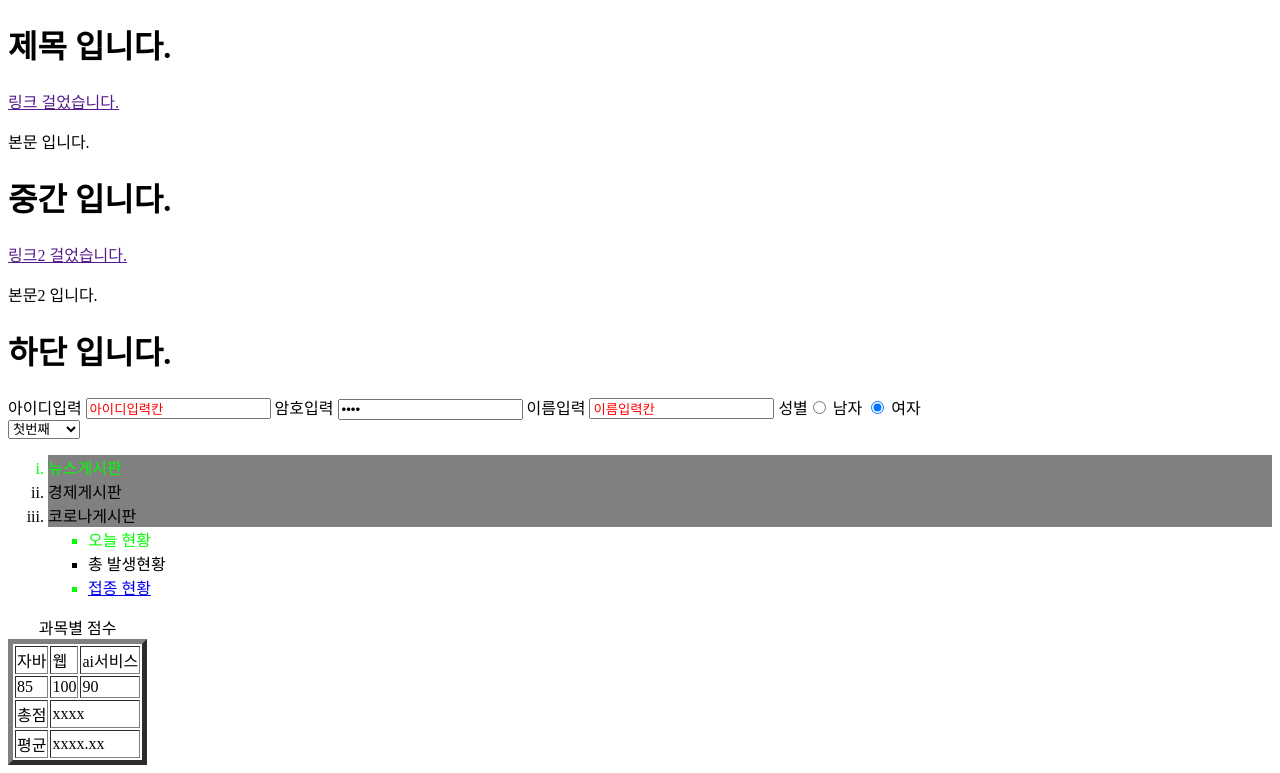
Repository: Pang-Ho/TIL
Page: JavaScript/workspace_web/csstest/WebContent/selector.html
These files come from the project's save history. The page is drawn as it stood at one moment and after the next save; the edit follows.
The browser window is 1280 px wide. The pictures show the whole page.

Above is the page before, as saved 2021-08-20 05:39:27.

After the next save:
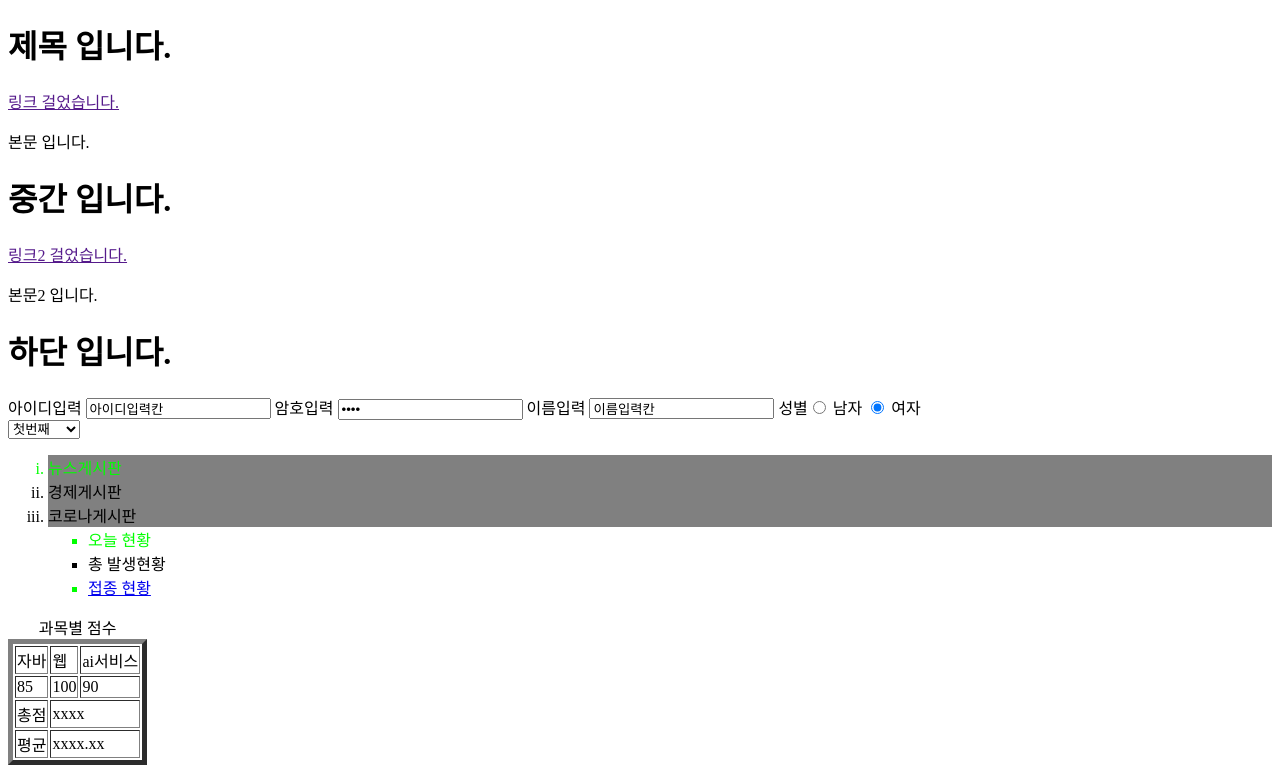
Saved 105 s later.
--- a/JavaScript/workspace_web/csstest/WebContent/selector.html
+++ b/JavaScript/workspace_web/csstest/WebContent/selector.html
@@ -21,8 +21,11 @@
 	/*input type=text인 선택*/
 
 	/*input[type=text] {color:olive;}*/
-	/*input type=t {color : red;} 포함하는 태그*/
-	input[type*=t] {color : red;}
+	/*input type=t {color : red;} t를 포함하는 태그*/
+	/*input[type*=t] {color : red;}* t로 시작하는 타입*/
+
+	/*input type word 끝나는 태그 선택*/
+	input [type$=word] {color:red;}
 
 </style>
 </head>

After the 3 saves that followed:
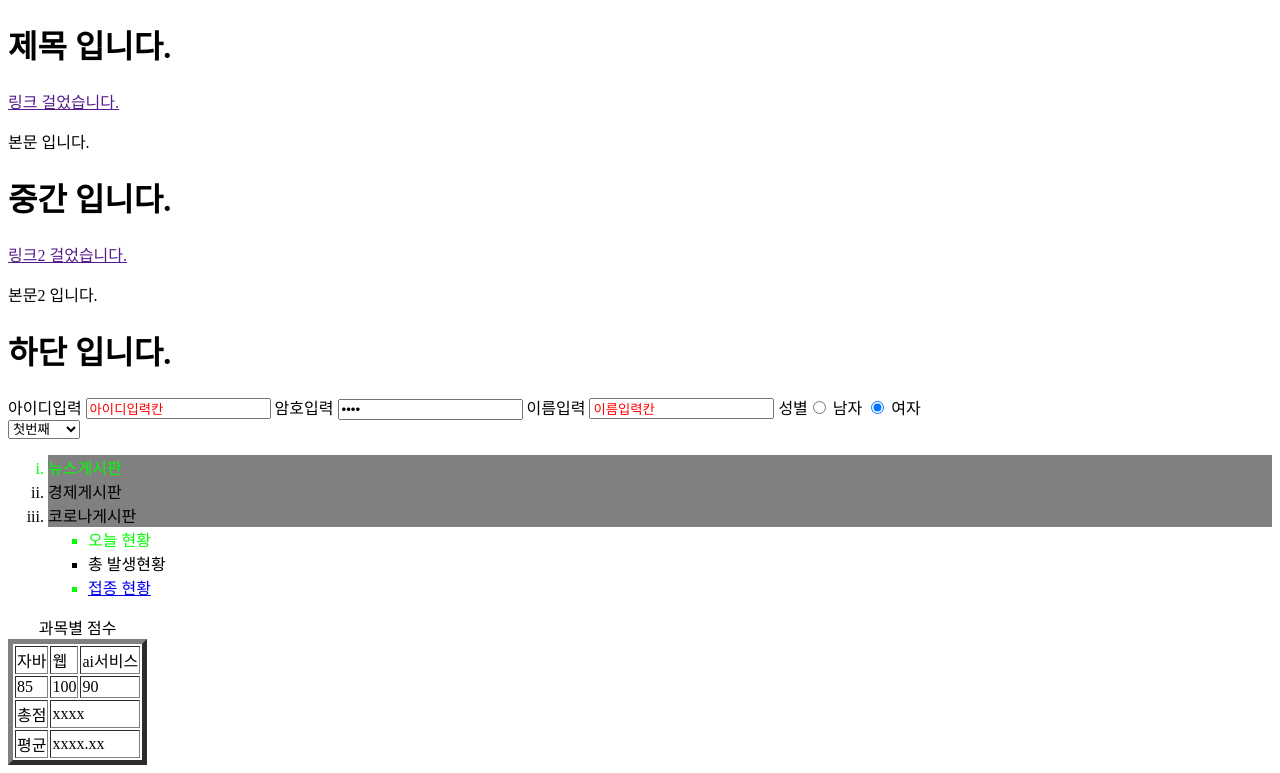
The 3 saves are shown as one change because 2 left the picture as it was.
The last was saved 3 min 27 s later.
--- a/JavaScript/workspace_web/csstest/WebContent/selector.html
+++ b/JavaScript/workspace_web/csstest/WebContent/selector.html
@@ -25,8 +25,9 @@
 	/*input[type*=t] {color : red;}* t로 시작하는 타입*/
 
 	/*input type word 끝나는 태그 선택*/
-	input [type$=word] {color:red;}
-
+	/* input [type$=word] {color:red;} */
+	/*input type t로 시작하는 태그 선택 //공백의 의미를 잘 생각해봐야됨*/
+	input[type^=t] {color:red;}
 </style>
 </head>
 <body>
